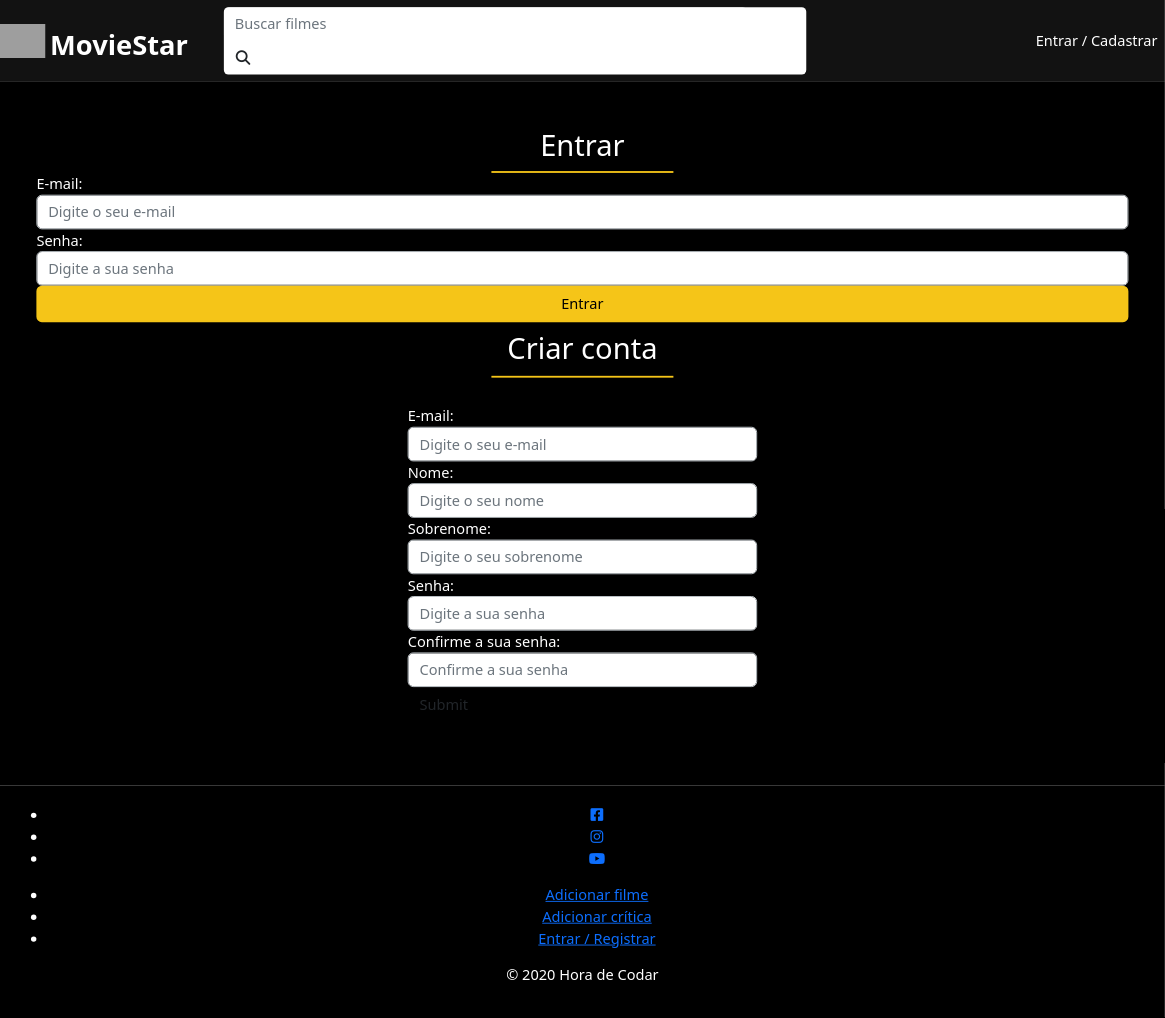
Repository: YuriSarmanho/PHPcourse
Page: http://localhost/auth.php
The author's editor kept a copy of each file at every save. The page is drawn from the files as they stood at one save, then again after the next save.
The browser window is 1280 px wide. The pictures show the whole page, at 91% of full size.
Pictures or frames that could not be fetched are drawn as grey boxes. Some web libraries are served in a nearby version. The page is run by PHP 8.4 with error messages shown; the project is at /var/www/html/.

Above is the page before, as saved 2022-08-28 21:10:38.

After the next save:
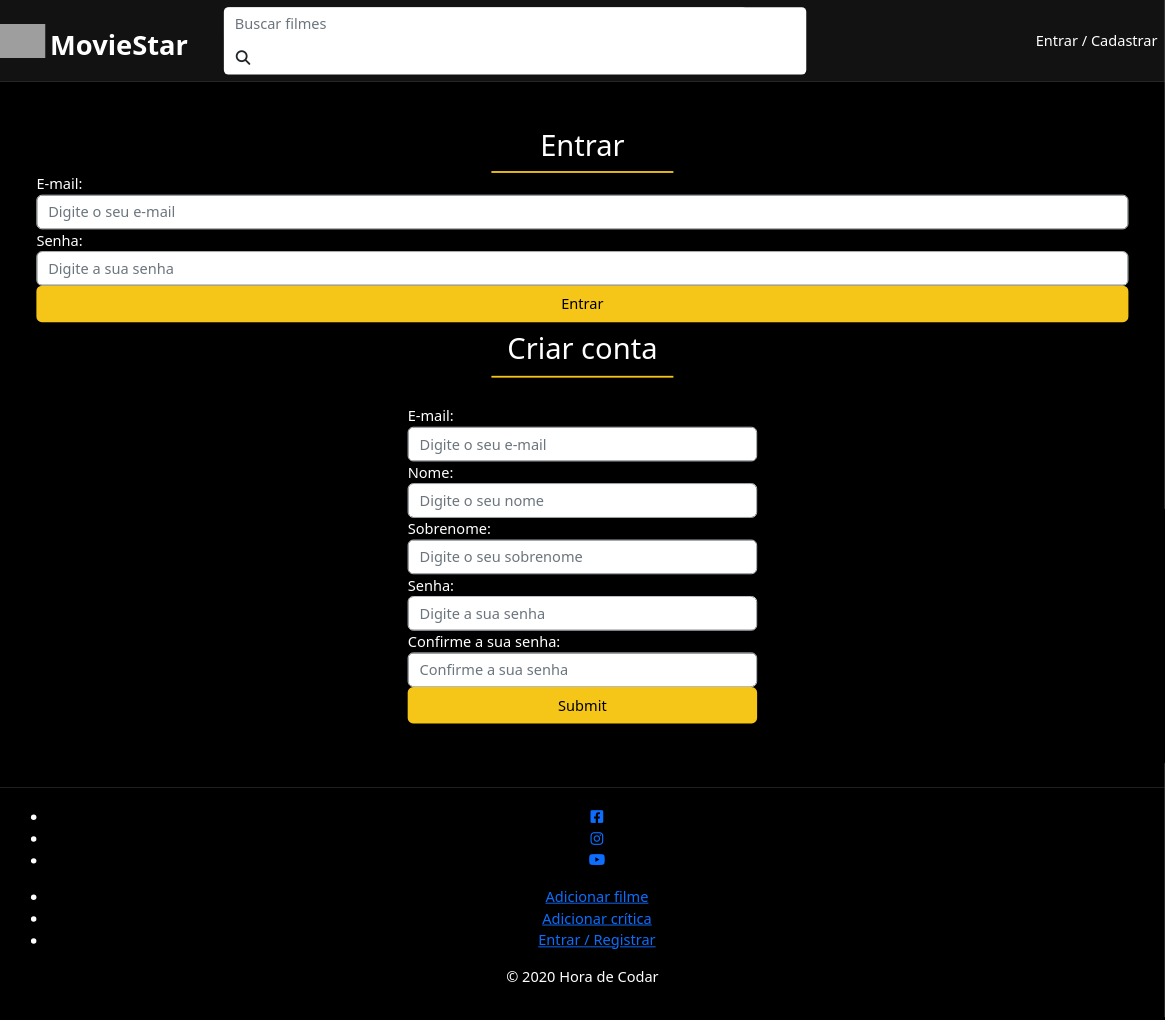
Saved 5 s later.
--- a/19_movieStar/auth.php
+++ b/19_movieStar/auth.php
@@ -45,7 +45,7 @@
                         <label for="confirmpassword">Confirme a sua senha:</label>
                         <input type="password" class="form-control" id="confirmpassword" name="confirmpassword" placeholder="Confirme a sua senha">
                     </div>
-                    <input type="submit" class="btn btn-card">
+                    <input type="submit" class="btn card-btn">
                 </form>
             </div>
 
